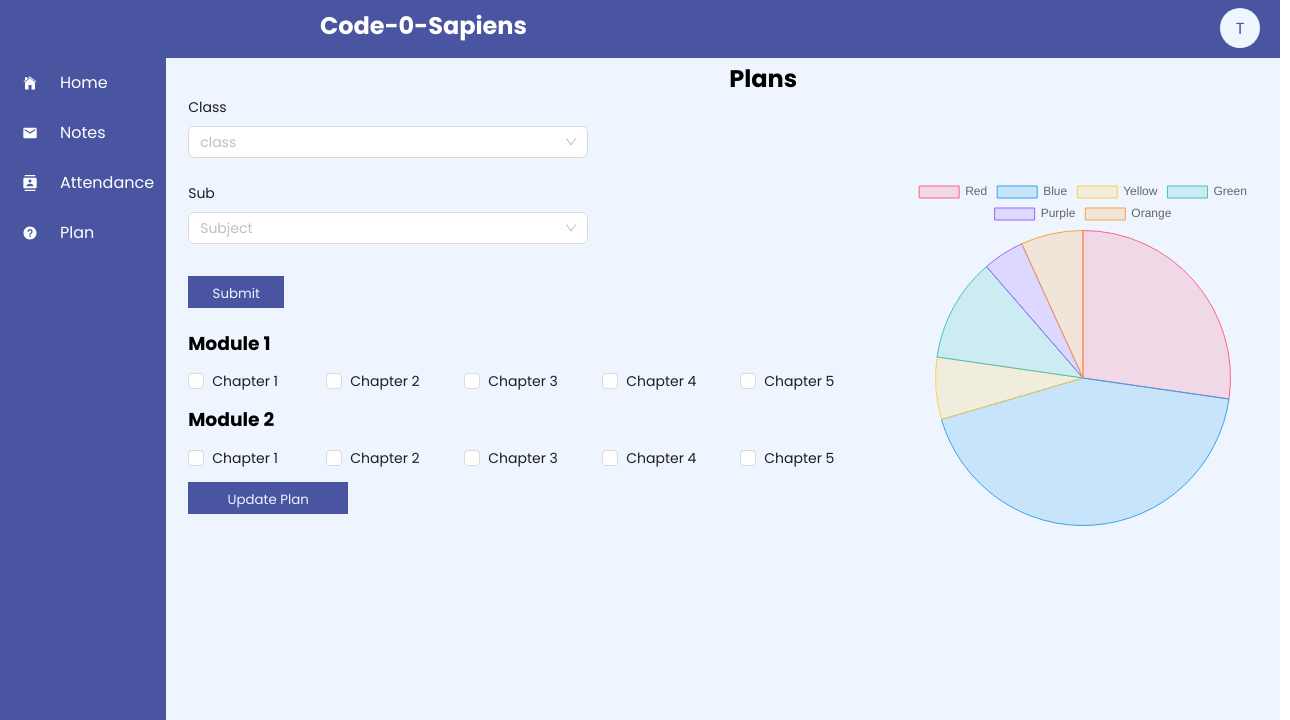
Repository: sinchana-P/code-0-sapiens
Page: /plans (app in client/), after clicking the first element matching `button`
An editor plug-in stored every save of this project. The page is shown before and after the next save, followed by the edit.
The browser window is 1280 px wide. The page is 1290 px wide, so the pictures cover 1290 px, including what lies to the right of the window. The pictures show the whole page.
The project was rebuilt for these pictures with package versions that can differ from the ones it lists, and the page was loaded fresh each time. Also part of the build but not shown: client/src/components/auth/login/FormLayoutLogin.jsx, client/src/components/auth/login/Login.jsx, client/src/components/auth/register/FormLayoutRegister.jsx, client/src/components/auth/register/Register.jsx, client/src/components/homeScene/Home.jsx, client/src/components/notes/Notes.jsx, client/src/components/attendance/Attendance.jsx, client/src/components/profile/Profile.jsx and 5 more.

Above is the page before, as saved 2024-03-01 07:50:51.

### client/public/index.html
<!DOCTYPE html>
<html lang="en">
  <head>
    <meta charset="utf-8" />
    <link rel="icon" href="%PUBLIC_URL%/favicon.ico" />
    <meta name="viewport" content="width=device-width, initial-scale=1" />
    <meta name="theme-color" content="#000000" />
    <meta
      name="description"
      content="Web site created using create-react-app"
    />
    <link rel="apple-touch-icon" href="%PUBLIC_URL%/logo192.png" />
    <!--
      manifest.json provides metadata used when your web app is installed on a
      user's mobile device or desktop. See https://developers.google.com/web/fundamentals/web-app-manifest/
    -->
    <link rel="manifest" href="%PUBLIC_URL%/manifest.json" />
    <!--
      Notice the use of %PUBLIC_URL% in the tags above.
      It will be replaced with the URL of the `public` folder during the build.
      Only files inside the `public` folder can be referenced from the HTML.

      Unlike "/favicon.ico" or "favicon.ico", "%PUBLIC_URL%/favicon.ico" will
      work correctly both with client-side routing and a non-root public URL.
      Learn how to configure a non-root public URL by running `npm run build`.
    -->
    <link rel="preconnect" href="https://fonts.googleapis.com">
<link rel="preconnect" href="https://fonts.gstatic.com" crossorigin>
<link href="https://fonts.googleapis.com/css2?family=Poppins:ital,wght@0,100;0,200;0,300;0,400;0,500;0,600;0,700;0,800;0,900;1,100;1,200;1,300;1,400;1,500;1,600;1,700;1,800;1,900&display=swap" rel="stylesheet">
    <title>Code-0-Sapiens</title>
  </head>
  <body>
    <noscript>You need to enable JavaScript to run this app.</noscript>
    <div id="root"></div>
    <!--
      This HTML file is a template.
      If you open it directly in the browser, you will see an empty page.

      You can add webfonts, meta tags, or analytics to this file.
      The build step will place the bundled scripts into the <body> tag.

      To begin the development, run `npm start` or `yarn start`.
      To create a production bundle, use `npm run build` or `yarn build`.
    -->
  </body>
</html>

### client/src/index.js
import React from 'react';
import ReactDOM from 'react-dom/client';
import './index.css';
import App from './App';
import reportWebVitals from './reportWebVitals';
import { BrowserRouter } from 'react-router-dom'
import { apiSlice } from './api/apiSlice';
import {ApiProvider} from '@reduxjs/toolkit/query/react'

const root = ReactDOM.createRoot(document.getElementById('root'));
root.render(
  <BrowserRouter>
    <React.StrictMode>
      <ApiProvider api={apiSlice}>
        <App />
      </ApiProvider>
    </React.StrictMode>
  </BrowserRouter>,
);

// If you want to start measuring performance in your app, pass a function
// to log results (for example: reportWebVitals(console.log))
// or send to an analytics endpoint. Learn more: https://bit.ly/CRA-vitals
reportWebVitals();

### client/src/App.jsx

import './App.css';
import { useState } from 'react';
import { Routes, Route } from 'react-router-dom'
import Login from './components/auth/login/Login'
import Register from './components/auth/register/Register';
import Topbar from './components/global/topbar/Topbar';
import Sidebar from './components/global/sidebar/Sidebar';
import Home from './components/homeScene/Home';
import Notes from './components/notes/Notes';
import Plans from './components/plans/Plans';
import Attendance from './components/attendance/Attendance';
import Profile from './components/profile/Profile';
import StudentSidebar from './components/global/sidebar/StudentSidebar';
import StdHome from './components/stdHome/StdHome';
import StdAttendance from './components/stdAttendance/StdAttendance'
import StdNotes from './components/stdNotes/StdNotes';
import StdDoubts from './components/stdDoubts/StdDoubts';

function App() {
  const [userRole, setUserRole] = useState('Teacher')

  return (
    <div className="App">
      <div className='app-container'>

      <Topbar userRole={userRole}/>

        <div className='main-content'>
          <div className='left-content-container'>

          {
            userRole === 'Teacher' ? (<Sidebar /> ) : (<StudentSidebar /> )
          }

          </div>
          <div className='right-content-container'>
            <Routes>
              <Route path='/login' element={ <Login/> } />
              <Route path='/register' element={ <Register/> } />
              <Route path='/home' element={ <Home/> } />
              <Route path='/notes' element={ <Notes/> } />
              <Route path='/attendance' element={ <Attendance/> } />
              <Route path='/plans' element={ <Plans/> } />
              {/* <Route path='/profile' element={ <Profile/> } /> */}
              <Route path='/student' element={ <StdHome/> } />
              <Route path='/student/attendance' element={ <StdAttendance/> } />
              <Route path='/student/attendance' element={ <StdNotes/> } />
              <Route path='/student/attendance' element={ <StdDoubts/> } />
            </Routes>
          </div>
        </div>
      </div>

    </div>
  );
}

export default App;

### client/src/api/apiSlice.js
import {createApi,fetchBaseQuery} from '@reduxjs/toolkit/query/react'


export const apiSlice = createApi({
       reducerPath:"api",
       baseQuery:fetchBaseQuery({baseUrl:""}),
       tagTypes:['auth', 'student'],
       endpoints:(builder)=>({
        register: builder.mutation({
            query: (data) => ({
                url: '/register',
                method: "POST",
                body: data
            }),
            invalidatesTags:['auth']
        }),
        login: builder.mutation({
            query: (data) => ({
                url: '/login',
                method: "POST",
                body: data
            }),
            invalidatesTags:['auth']
        }),
            //   getTodos:builder.query({
            //          query:()=>'/auth',
            //          transformResponse: (res: Todo[]) =>  {
            //                 // Ensure res is an array before sorting
            //                 console.log(res);

            //                 if (Array.isArray(res)) {
            //                     return res.sort((a, b) => b.id - a.id);
            //                 } else {
            //                     return res;
            //                 }
            //             },

            //          providesTags:['todos']
            //   }),
            //   addTodo:builder.mutation({
            //          query:(todo)=>({
            //                 url:'/todos',
            //                 method:"POST",
            //                 body:todo
            //          }),
            //          invalidatesTags:['todos']
            //   }),
            //   updateTodo:builder.mutation({
            //          query:(todo)=>({
            //                 url:/todos/${todo.id},
            //                 method:'PATCH',
            //                 body:todo
            //          }),
            //          invalidatesTags:['todos']
            //   }),
            //   deleteTodo:builder.mutation({
            //          query:(id)=>({

            //                 url:/todos/${id},
            //                 method:'DELETE',
            //                 body:id
            //          }),
            //          invalidatesTags:['todos']
            //   })

       })
})

export const { useRegisterMutation,useLoginMutation } = apiSlice

### client/src/App.css
@import url('https://fonts.googleapis.com/css2?family=Poppins:ital,wght@0,100;0,200;0,300;0,400;0,500;0,600;0,700;0,800;0,900;1,100;1,200;1,300;1,400;1,500;1,600;1,700;1,800;1,900&display=swap');

* {
  font-family: "Poppins", sans-serif;
}

/* --- */
.full-width-container {
  width: 100%;
  display: flex;
  justify-content: center;
  align-items: center;
}
/* --- */

.right-content-container {
  background-color: #EEF5FF;
  display: flex;
  align-items: start;
  justify-content: center;
}

.app-container {
  display: flex;
  flex-direction: column;
}

.main-content {
  display: flex;
  flex-direction: row;
}

.left-content-container {
  width: 13vw;
}

.right-content-container {
  width: 87vw;

}

### client/src/components/global/topbar/Topbar.jsx
import React, {useState} from 'react'
import './Topbar.css'

const Topbar = ({userRole}) => {
  // const [userRole, setUserRole] = useState('Teacher')

  return (
    <div className='topbar-container'>
        <h2 style={{textAlign: 'left'}} className='logo-text'>Code-0-Sapiens</h2>

        <div className='profile-div'>
          {userRole === 'Teacher' ? 'T' : (userRole === 'Student' ? 'S' : '')}
        </div>
    </div>
  )
}

export default Topbar

### client/src/components/global/sidebar/Sidebar.jsx
import './Sidebar.css'
import { SidebarData } from './SidebarData';
import { Link, NavLink } from 'react-router-dom';


const Sidebar=()=> {
  return (
    <div className='sidebar'>
       <ul className='sidebarList'>
        {
        SidebarData.map((value,key)=>{
            return (
              <NavLink to={value.route} key={key} className='row' >
                <div id='icon'>{value.icon}</div>
                <div id='title'>{value.title}</div>
              </NavLink>
            )
        })
        }
       </ul>
    </div>
  )
}

export default Sidebar

### client/src/components/plans/Plans.jsx
import React, {useState} from 'react';
import { Form, Select, Checkbox } from 'antd';
import './Plans.css'
import { Chart as ChartJS, ArcElement, Tooltip, Legend } from 'chart.js';
import { Pie } from 'react-chartjs-2';


const SidebarData = [
  {
    cls_id: '8',
    sub_id: '1',
    mod_id: 'Module 1',
    chp_id: 'Chapter 1',
    completed: true
  },
  {
    cls_id: '8',
    sub_id: '1',
    mod_id: 'Module 1',
    chp_id: 'Chapter 2',
    completed: false
  },
  {
    cls_id: '8',
    sub_id: '1',
    mod_id: 'Module 1',
    chp_id: 'Chapter 3',
    completed: true
  },
  {
    cls_id: '8',
    sub_id: '1',
    mod_id: 'Module 1',
    chp_id: 'Chapter 4',
    completed: false
  },
  {
    cls_id: '8',
    sub_id: '1',
    mod_id: 'Module 1',
    chp_id: 'Chapter 5',
    completed: true
  },
  {
    cls_id: '8',
    sub_id: '1',
    mod_id: 'Module 2',
    chp_id: 'Chapter 1',
    completed: false
  },
  {
    cls_id: '8',
    sub_id: '1',
    mod_id: 'Module 2',
    chp_id: 'Chapter 2',
    completed: true
  },
  {
    cls_id: '8',
    sub_id: '1',
    mod_id: 'Module 2',
    chp_id: 'Chapter 3',
    completed: true
  },
  {
    cls_id: '8',
    sub_id: '1',
    mod_id: 'Module 2',
    chp_id: 'Chapter 4',
    completed: true
  },
  {
    cls_id: '8',
    sub_id: '1',
    mod_id: 'Module 2',
    chp_id: 'Chapter 5',
    completed: true
  }
];

const CheckboxGroup = Checkbox.Group;
ChartJS.register(ArcElement, Tooltip, Legend);

const Plans = () => {

    const [isSubmit, setIsSubmit] = useState(false)

    const data = {
      labels: ['Red', 'Blue', 'Yellow', 'Green', 'Purple', 'Orange'],
      datasets: [
        {
          label: '# of Votes',
          data: [12, 19, 3, 5, 2, 3],
          backgroundColor: [
            'rgba(255, 99, 132, 0.2)',
            'rgba(54, 162, 235, 0.2)',
            'rgba(255, 206, 86, 0.2)',
            'rgba(75, 192, 192, 0.2)',
            'rgba(153, 102, 255, 0.2)',
            'rgba(255, 159, 64, 0.2)',
          ],
          borderColor: [
            'rgba(255, 99, 132, 1)',
            'rgba(54, 162, 235, 1)',
            'rgba(255, 206, 86, 1)',
            'rgba(75, 192, 192, 1)',
            'rgba(153, 102, 255, 1)',
            'rgba(255, 159, 64, 1)',
          ],
          borderWidth: 1,
        },
      ],
    };

  // Grouping chapters by module
  const groupedChapters = SidebarData.reduce((acc, curr) => {
    const { mod_id, chp_id } = curr;
    if (!acc[mod_id]) {
      acc[mod_id] = [];
    }
    acc[mod_id].push(chp_id);
    console.log('acc');
    console.log(acc);
    return acc;
  }, {});

  const handleSubmit = () => {
    setIsSubmit(true)
  }

  return (
    <div className='plans-main'>
      <h2 className='heading'>Plans</h2>

         <div className='plans-container'>
            <div className='plans-container-left'>
                <Form
                layout="vertical"
                name="basic"
                labelCol={{ span: 8 }}
                wrapperCol={{ span: 16 }}
                style={{ maxWidth: 600 }}
                initialValues={{ remember: true }}
                autoComplete="off"
            >
                <Form.Item label="Class" rules={[{ required: true, message: 'Please select class!' }]}>
                <Select placeholder="class">
                    <Select.Option value="class8">Class 8</Select.Option>
                    <Select.Option value="class9">Class 9</Select.Option>
                    <Select.Option value="class10">Class 10</Select.Option>
                </Select>
                </Form.Item>
                <Form.Item label="Sub" rules={[{ required: true, message: 'Please select class!' }]}>
                <Select placeholder="Subject">
                    <Select.Option value="maths">Maths</Select.Option>
                    <Select.Option value="science">Science</Select.Option>
                    <Select.Option value="social">Social</Select.Option>
                </Select>
                </Form.Item>
                </Form>

                <button style={{ width: '6rem', height: '2rem', textAlign: 'center' }} onClick={handleSubmit}>Submit</button>

                <div>
                    {isSubmit && (
                        <>
                        {Object.keys(groupedChapters).map((module, index) => (

                          <div key={index} className='module-chapters-checkbox'>
                          <h3 style={{padding: '0.8rem 0'}}>{module}</h3>
                          <CheckboxGroup>
                              {groupedChapters[module].map((chapter, i) => (
                              <Checkbox checked key={i} value={chapter} style={{width: '130px'}} >
                                  {chapter}
                              </Checkbox>
                              ))}
                          </CheckboxGroup>

                          </div>

                      ))}
                      <button style={{ width: '10rem', height: '2rem', textAlign: 'center', marginTop:'1em' }}>Update Plan</button>
                        </>
                    )}
                </div>
            </div>

            <div style={{width:'350px', height: '350px'}} className='plans-container-right'>
              <Pie
                data={data}
                width={50}
                height={50}
              />
            </div>
         </div>





    </div>



  );
}

export default Plans;

### client/src/components/auth/login/Login.css
.login-container{
    padding: 1rem 0;
    /* background-color: pink; */
    width: 50vw;

}

h2 {
    text-align: center;
    margin-left: 20rem;
}

### client/src/components/auth/register/Register.css
.register-container{
    padding: 1rem 0;
    /* background-color: pink; */
    width: 50vw;

}

h2 {
    text-align: center;
    margin-left: 20rem;
}

### client/src/components/global/topbar/Topbar.css
.topbar-container {
    background-color: #4A55A2;
    min-width: 95vw;
    height: 4rem;
    display: flex;
    flex-direction: row;
    justify-content: space-between;
}

.profile-div {
    background-color: #EEF5FF;
    color: #4a55a2;
    width: 40px;
    height: 40px;
    border-radius: 50%;
    display: flex;
    justify-content: center;
    align-items: center;
    margin-top: 8px;
    margin-right: 20px;
}

.logo-text {
    color: white;
    /* text-align: center; */
    margin-top: 0.5rem;
}

### client/src/components/global/sidebar/Sidebar.css
*{
    margin: 0;
    padding: 0;
  }
  .App{
    width: 100vw;
    height: 100vh;
    display: flex;
  }

  .sidebar{
    height: 92vh;
    width: 200px;
    background-color: #4A55A2;
  }

  .sidebarList{
    height: auto;
    width: 100%;
    padding: 0;
  }

  .sidebarList .row{
    width: 100%;
    height: 50px;
    list-style-type: none;
    margin: 0;
    display: flex;
    flex-direction: row;
    color: white;
    justify-content: center;
    align-items: center;
    text-decoration: none;
  }

  .sidebarList .row:hover{
    cursor: pointer;
    background-color: #EEF5FF;
    color: black;

  }

  .row #icon{
    flex: 30%;
    display: grid;
    place-items: center;
  }

  .row #title{
    flex: 70%;
  }

  .row .active {
    background-color: #EEF5FF;
    color: black;
  }

### client/src/components/global/sidebar/SidebarData.js
import { IoIosHome,IoMdHelpCircle } from "react-icons/io";
import { MdEmail,MdContacts } from "react-icons/md";
import { FaRegCalendarCheck } from "react-icons/fa";


export const SidebarData=[
       {
              title:"Home",
              icon:<IoIosHome />,
              route:"/"
       },
       {
              title:"Notes",
              icon:<MdEmail />,
              route:"/notes"
       },
       {
              title:"Attendance",
              icon:<MdContacts />,
              route:"/attendance"
       },
       {
              title:"Plan",
              icon:<IoMdHelpCircle />,
              route:"/plans"
       },
       // {
       //        title:"Profile",
       //        icon:<FaRegCalendarCheck />,
       //        route:"/profile"
       // },
]

### client/src/components/notes/Notes.css
.notes-main {
    width: 87vw;
}

.heading {
    margin-left: 28rem;
}

.notes-container{
    margin: 1rem 18rem;
}

.notes-form-container {
    padding: 1rem 0;
}

.notes-upload-main {
    display: flex;
    flex-direction: row;
}


.notes-upload-container {
    display: flex;
    flex-direction: column;
}

.notes-pdf, .notes-link {
    display: flex;
    flex-direction: row;
    padding: 0.5rem 0;
}

.notes-upload-container {
    padding: 0rem 1rem;
}

p{
    font-weight: bold;
}

### client/src/components/plans/Plans.css
.plans-main{
    /* width: 90vw; */
    padding: 0.2rem 2rem;
    /* background-color: pink; */
    /* max-height: 90vh; */

}

.module-chapters-checkbox {
    display: flex;
    flex-direction: column;
    justify-content: start;
}

.heading {
    margin-left: 5rem;
}

.plans-container {
    display: flex;
    flex-direction: row;
    /* justify-content: space-evenly; */

}

.plans-container-left {
    display: flex;
    flex-direction: column;
    width: 45rem;
    /* background-color: green; */
}
.plans-container-right {
    display: flex;
    flex-direction: column;
    width: 40rem;
    margin-top: 5rem;
    /* background-color: rgb(13, 0, 128); */
}

### client/src/components/attendance/Attendance.css
.attendance-main {
    /* background-color: pink; */
    width: 80vw;
}

.attendance-class {
    /* background-color: pink; */
}

.attendance-class-inputs-container {
    display: flex;
    flex-direction: row;
    min-width: 80vw;
}

.attendance-class-each {
    width: 15rem;
    margin: 2rem;
}

button {
    background-color: #4a55a2;
    color: #EEF5FF;
    border: none;
    padding: 0.5rem 1rem;
    margin: 0.5rem 0;
}

button:hover {
    background-color: #b9cae3;
    color: #4a55a2;
    cursor: pointer;
}

### client/src/components/global/sidebar/StudentSidebarData.js
import { IoIosHome,IoMdHelpCircle } from "react-icons/io";
import { MdEmail,MdContacts } from "react-icons/md";
import { FaRegCalendarCheck } from "react-icons/fa";


export const StudentSidebarData=[
       {
              title:"Home",
              icon:<IoIosHome />,
              route:"/student"
       },
       {
              title:"Attendance",
              icon:<MdEmail />,
              route:"/student/attendance"
       },
       {
              title:"Notes",
              icon:<MdContacts />,
              route:"/student/notes"
       },
       {
              title:"Doubts",
              icon:<IoMdHelpCircle />,
              route:"/student/doubts"
       },
       // {
       //        title:"Profile",
       //        icon:<FaRegCalendarCheck />,
       //        route:"/profile"
       // },
]

### client/src/components/stdAttendance/StdAttendance.css
.attendance-main {
    /* background-color: pink; */
    width: 87vw;
    padding: 1rem 20rem;
}

.attendance-class {
    /* background-color: pink; */
}

.attendance-class-inputs-container {
    display: flex;
    flex-direction: row;
    min-width: 80vw;
}

.attendance-class-each {
    width: 15rem;
    margin: 2rem;
}

button {
    background-color: #4a55a2;
    color: #EEF5FF;
    border: none;
    padding: 0.5rem 1rem;
    margin: 0.5rem 0;
}

button:hover {
    background-color: #b9cae3;
    color: #4a55a2;
    cursor: pointer;
}

.header {
    margin: 1rem 5rem;
}

Loaded but not shown: client/src/index.css (common file); client/src/reportWebVitals.js (common file)

After the next save:
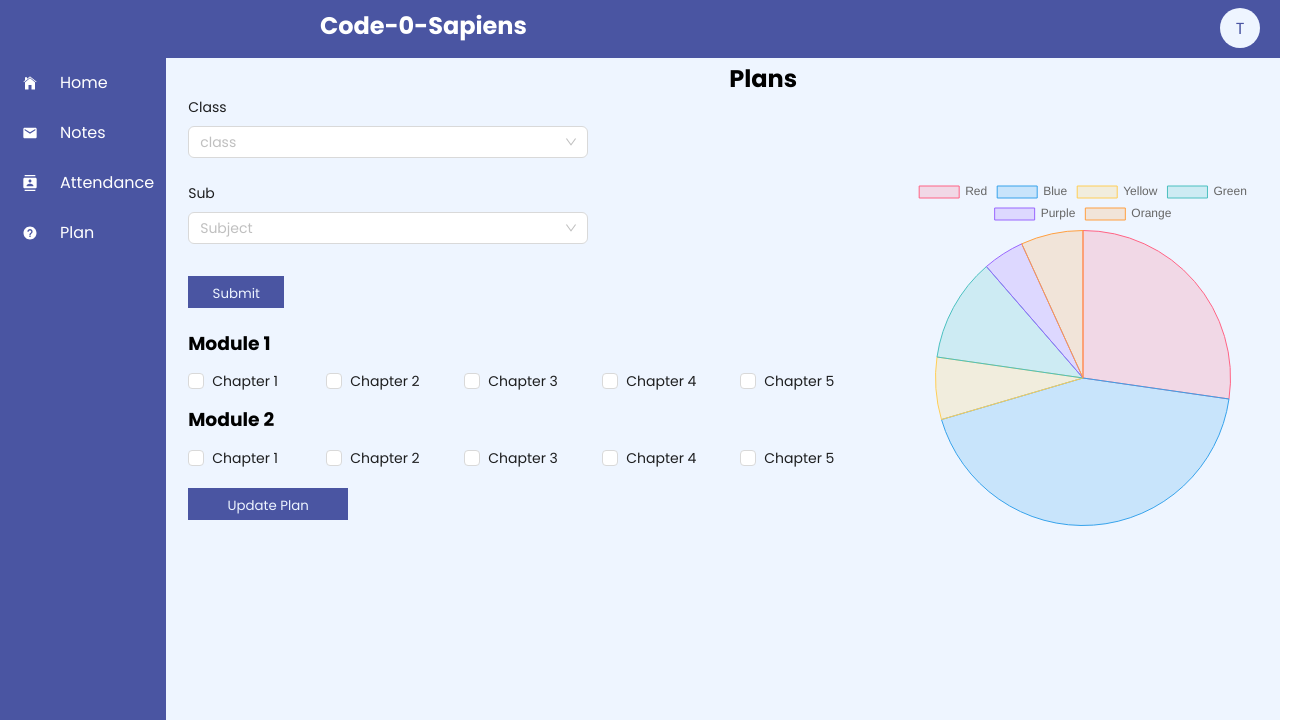
Saved 7 s later.
--- a/client/src/components/plans/Plans.jsx
+++ b/client/src/components/plans/Plans.jsx
@@ -179,7 +179,7 @@ const Plans = () => {
                           </div>
 
                       ))}
-                      <button style={{ width: '10rem', height: '2rem', textAlign: 'center', marginTop:'1em' }}>Update Plan</button>
+                      <button style={{ width: '10rem', height: '2rem', textAlign: 'center', marginTop:'1.2rem' }}>Update Plan</button>
                         </>
                     )}
                 </div>
